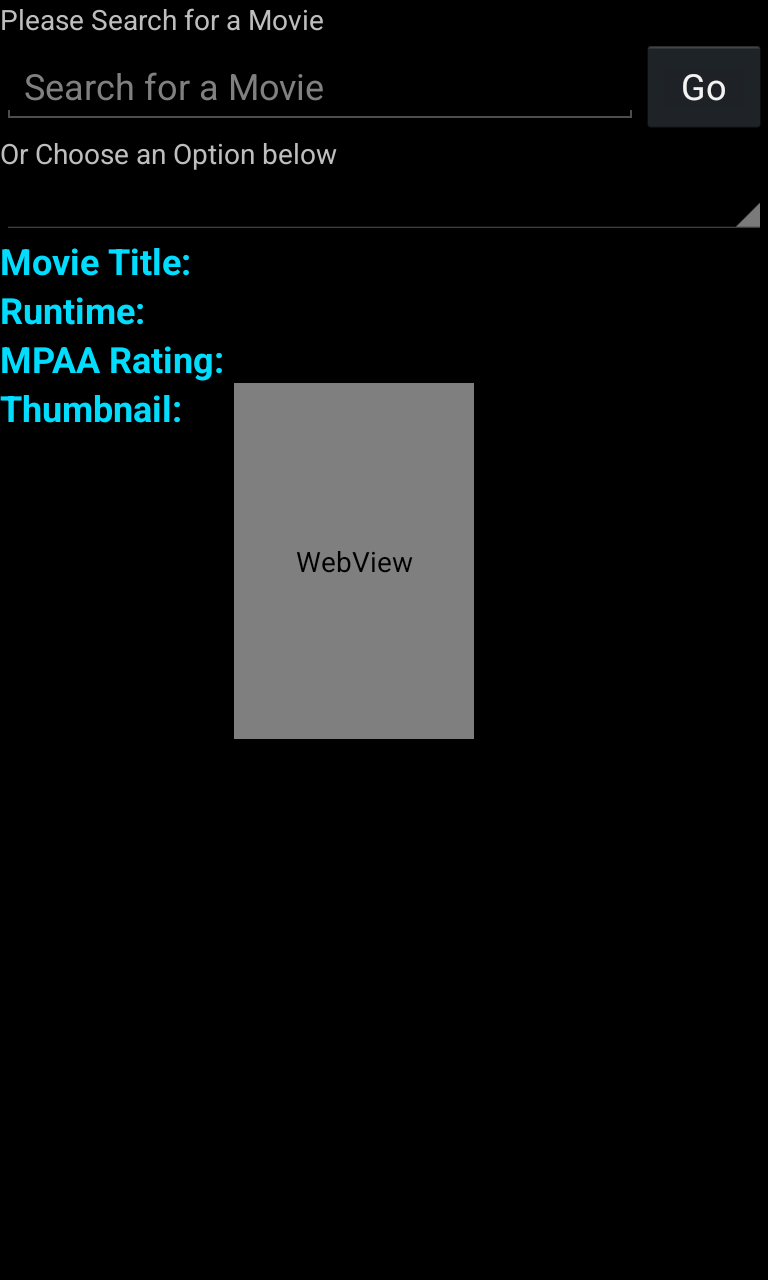
Repository: mikesmithjr/Java1
Layout: Week 4/MovieListing/res/layout/form.xml
These files come from the project's save history. The layout is drawn as it stood at one moment and after the next save; the edit follows.
Pictures or frames that could not be fetched are drawn as grey boxes. It is drawn on a 768 x 1280 px phone screen (xhdpi) without system bars, with theme AppTheme; the app's code is not run.

Above is the layout before, as saved 2013-08-01 06:49:20.

After the next save:
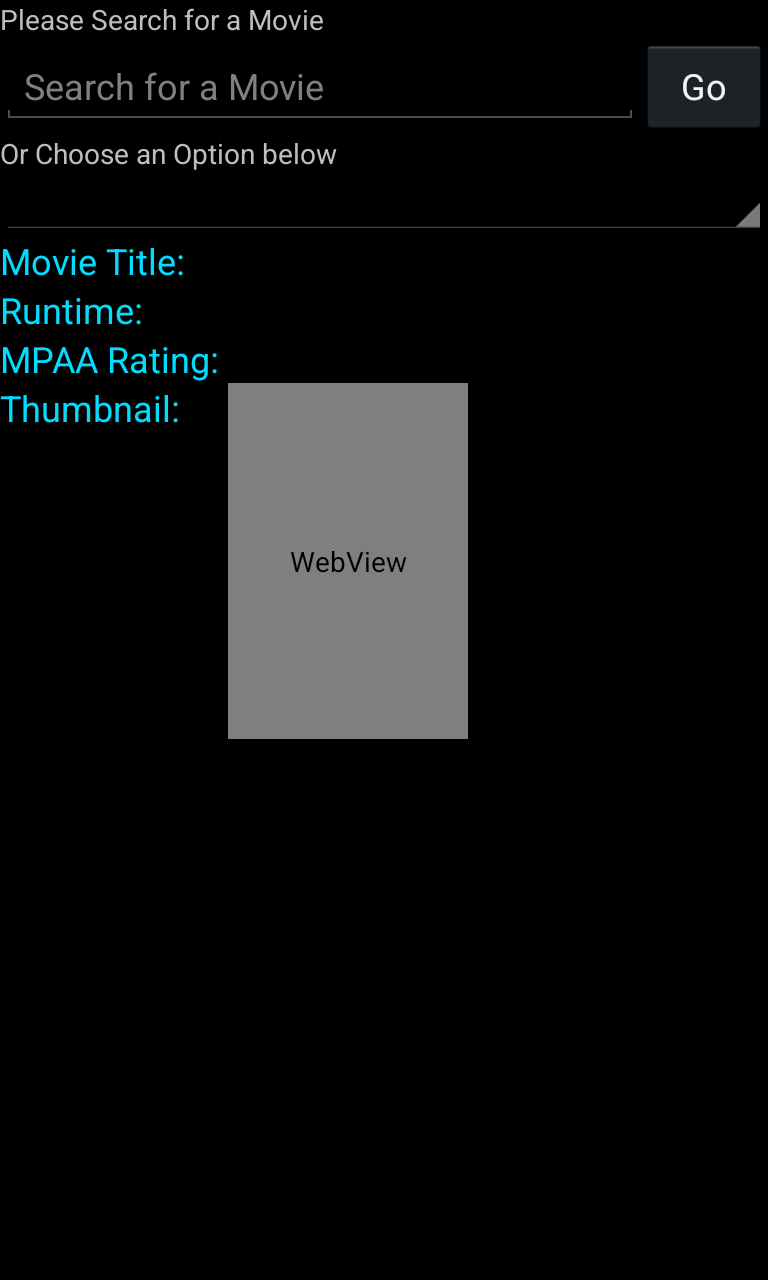
Saved 2 min 14 s later.
--- a/Week 4/MovieListing/res/values/styles.xml
+++ b/Week 4/MovieListing/res/values/styles.xml
@@ -2,7 +2,7 @@
 
        <style name="AppTheme" parent="android:Theme.Holo"></style>
         <style name= "MovieLabel">
-            <item name= "android:textStyle">bold</item>
+            <item name= "android:textStyle">normal</item>
             <item name= "android:textColor">@android:color/holo_blue_bright</item>
             <item name= "android:textSize">18dp</item>
         </style>
@@ -11,6 +11,11 @@
             <item name= "android:textColor">@android:color/holo_green_light</item>
             <item name= "android:textSize">18dp</item>
         </style>
+        <style name= "InfoLable">
+            <item name= "android:textStyle">Bold</item>
+            <item name= "android:textColor">@android:color/holo_orange_dark</item>
+            <item name= "android:textSize">25dp</item>
+        </style>
 
 
 </resources>
